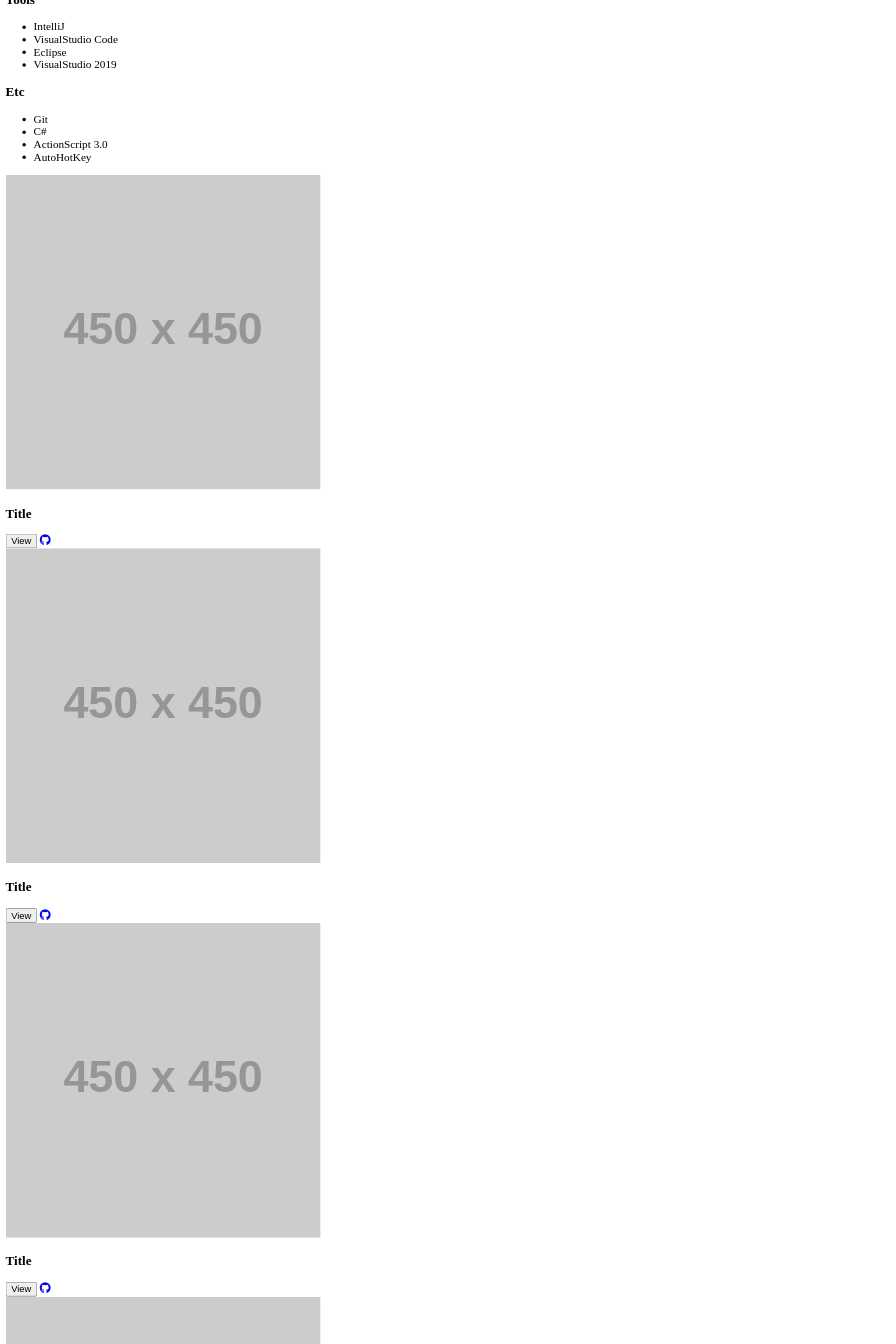
Repository: pjtae0328/Portfolio
Page: index.html
These files come from the project's save history. The page is drawn as it stood at one moment and after the next save; the edit follows.
The browser window is 1280 px wide. The pictures show the part of the page from y = 3085 to 5005 px (the page is 5481 px tall before and 5081 px after), at 70% of full size.
Some web libraries are served in a nearby version.

Above is the page before, as saved 2021-08-27 21:30:15.

### index.html
<!DOCTYPE html>
<html lang="ko">

<head>
    <meta charset="UTF-8">
    <meta http-equiv="X-UA-Compatible" content="IE=edge"> <!-- ie 호환성보기 무시 -->
    <meta name="viewport" content="width=device-width, initial-scale=1.0">
    <title>박정태 포트폴리오</title>

    <!-- 설명 / 작성자 -->
    <meta name="description" content="준비된 개발자 박정태의 포트폴리오 입니다.">
    <meta name="author" content="박정태">

    <!-- 아이콘 -->
    <link rel="icon" type="image/png" href="imgs/favicon.png"/>

    <!-- fontawesome -->
    <script src="https://kit.fontawesome.com/0d232bdc2d.js" crossorigin="anonymous">
    </script>

    <!-- font -->
    <link rel="preconnect" href="https://fonts.googleapis.com">
    <link rel="preconnect" href="https://fonts.gstatic.com" crossorigin>
    <link href="https://fonts.googleapis.com/css2?family=Noto+Sans+KR:wght@400;500;700&display=swap" rel="stylesheet">

    <!-- css / js -->
    <link rel="stylesheet" href="style.css"/>
    <script src="main.js" defer></script>

<body>
<!-- Nav Bar -->
<nav id="navbar">
    <div class="navbar__logo">
        <i class="fas fa-user-circle"></i>
        <a href="#">pjtae0328</a>
    </div>
    <ul class="navbar__menu">
        <li class="navbar__menu__item">About</li>
        <li class="navbar__menu__item">Skills</li>
        <li class="navbar__menu__item">Projects</li>
        <li class="navbar__menu__item">Testimonials</li>
        <li class="navbar__menu__item">Contact</li>
    </ul>
</nav>

<!-- Home -->
<section class="home">
    <img src="/imgs/profile.jpg" alt="profile photo" class="home__avatar">
    <h1 class="home__title">Hello, <br>웹 개발자 박정태입니다.</h1>
    <h2 class="home__discription">취미에서 이제는 직업으로, 프로그래밍을 공부하고 있습니다.</h2>
    <button class="home__contact">Contact Me</button>
</section>

<!-- About -->
<section class="about">
    <h1>About me</h1>
    <p>어필 문장 : Lorem ipsum dolor sit amet consectetur adipisicing elit. Magnam perferendis non officia provident quam
        facere deleniti velit dolorem veniam voluptatibus suscipit amet iste quisquam voluptas voluptatem ipsa nam,
        alias esse?</p>

    <div class="about__majors">
        <div class="major">
            <div class="major__icon">
                <i class="fab fa-html5"></i>
            </div>
            <div class="major_title">Front-end</div>
            <div class="major__description">
                HTML, CSS,
                <br>JavaScript, JQuery
            </div>
        </div>
        <div class="major">
            <div class="major__icon">
                <i class="fas fa-server"></i>
            </div>
            <div class="major_title">Back-end</div>
            <div class="major__description">
                JSP&Servlet, Spring
            </div>
        </div>
        <div class="major">
            <div class="major__icon">
                <i class="fas fa-database"></i>
            </div>
            <div class="major_title">RDBMS</div>
            <div class="major__description">
                Oracle, MySQL
            </div>
        </div>
    </div>

    <div class="about__experience">
        <div class="experience">
            <img src="imgs/experience/kh.png" alt="KH정보 교육원">
            <p class="experience__name">KH 정보교육원 웹콘텐츠 개발자 과정 수료</p>
            <p class="experience__period">2021 May - 2021 Dec</p>
        </div>
        <div class="experience">
            <img src="imgs/experience/hbad.png" alt="한방애드">
            <p class="experience__name">PL Soft 리워드앱 개발 및 서비스(Android-JAVA, JSP&Servlet, MySQL)</p>
            <p class="experience__period">2016 Sep - 2017 Jan</p>
        </div>
    </div>
</section>

<!-- Skills -->
<section class="skills">
    <h1>Skills</h1>
    <h2>Skills & Attributes</h2>
    <p>
        Lorem ipsum dolor, sit amet consectetur adipisicing elit. Iusto ipsam, ullam delectus facilis molestiae ratione,
        odio maxime nulla ipsa eligendi enim minima distinctio. Praesentium in animi soluta iure, error sit!
        나의 강점 써보기 <i class="fas fa-star"></i>를 통해 제가 자신있는 정도를 표시해 보았습니다.
    </p>

    <div class="skillset">

        <div class="skillset__top">
            <div class="skill">
                <i class="fab fa-html5"></i>
                <h3 class="skill__title">HTML5 & CSS3</h3>
                <div class="skill__level">
                    <i class="fas fa-star"></i>
                    <i class="fas fa-star"></i>
                </div>
                <p>HTML과 CSS를 사용해 요구하는 디자인의 웹 스타일링을 할 수 있습니다.</p>
            </div>
            <div class="skill">
                <i class="fab fa-js-square"></i>
                <h3 class="skill__title">Java Script</h3>
                <div class="skill__level">
                    <i class="fas fa-star"></i>
                    <i class="fas fa-star"></i>
                </div>
                <p>JS의 특징과 동작 방식을 이해하고 원하는 동적 웹을 구축 할 수 있습니다.</p>
            </div>
            <div class="skill">
                <i class="fab fa-java"></i>
                <h3 class="skill__title">JAVA</h3>
                <div class="skill__level">
                    <i class="fas fa-star"></i>
                    <i class="fas fa-star"></i>
                    <i class="fas fa-star"></i>
                    <i class="fas fa-star"></i>
                </div>
                <p>JSP&Servlet을 활용해 웹 서버를 구축할 수 있으며 Spring Framework를 이해하고 사용할 수 있습니다.
                    <br>객체지향 패러다임을 이해하고 설계할 수 있으며 Spring Boot를 공부하고 개인 프로젝트를 진행했습니다.
                </p>
            </div>
            <div class="skill">
                <i class="fas fa-database"></i>
                <h3 class="skill__title">Oracle</h3>
                <div class="skill__level">
                    <i class="fas fa-star"></i>
                    <i class="fas fa-star"></i>
                </div>
                <p>관계형 데이터베이스를 이해하고 설계할 수 있으며 적절한 쿼리문을 작성하여 사용할 수 있습니다.</p>
            </div>
        </div>

        <div class="skillset__bottom">
            <div class="tools">
                <h3 class="tools__title">Tools</h3>
                <ul class="tolls__list">
                    <li><span>IntelliJ</span></li>
                    <li><span>VisualStudio Code</span></li>
                    <li><span>Eclipse</span></li>
                    <li><span>VisualStudio 2019</span></li>
                </ul>
            </div>
            <div class="etc">
                <h3 class="etc__title">Etc</h3>
                <ul class="etc__list">
                    <li><span>Git</span></li>
                    <li><span>C#</span></li>
                    <li><span>ActionScript 3.0</span></li>
                    <li><span>AutoHotKey</span></li>
                </ul>
            </div>
        </div>
    </div>
</section>

<!-- Projects -->
<section class="projects">
    <!-- 사이즈 리사이즈 해서 통일하고 아이폰/ 맥 넣어서 마우스 오버시 맥/아이폰 넘어가게 애니메이션 주기  -->
    <!-- 개인 Spring Boot -->
    <div class="project">
        <img class="project__img" src="https://via.placeholder.com/450" alt="projectIMG">
        <h3 class="project__title">Title</h3>
        <button class="project__View">View</button>
        <a href="#" class="project__github" target="blank"><i class="fab fa-github"></i></a>
    </div>
    <!-- 학원 Spring -->
    <div class="project">
        <img class="project__img" src="https://via.placeholder.com/450" alt="projectIMG">
        <h3 class="project__title">Title</h3>
        <button class="project__View">View</button>
        <a href="#" class="project__github" target="blank"><i class="fab fa-github"></i></a>
    </div>
    <!-- 학원 JSP&Servlet -->
    <div class="project">
        <img class="project__img" src="https://via.placeholder.com/450" alt="projectIMG">
        <h3 class="project__title">Title</h3>
        <button class="project__View">View</button>
        <a href="#" class="project__github" target="blank"><i class="fab fa-github"></i></a>
    </div>
    <!-- 포트폴리오 페이지 -->
    <div class="project">
        <img class="project__img" src="https://via.placeholder.com/450" alt="projectIMG">
        <h3 class="project__title">Title</h3>
        <button class="project__View">View</button>
        <a href="#" class="project__github" target="blank"><i class="fab fa-github"></i></a>
    </div>
</section>

<!-- Testimonials -->
<section class="testimonials"></section>

<!-- Contect -->
<section class="contect">
</section>

</body>
</html>

Loaded but not shown: main.js (common file); style.css (no stored copy; drawn as an empty file)

After the next save:
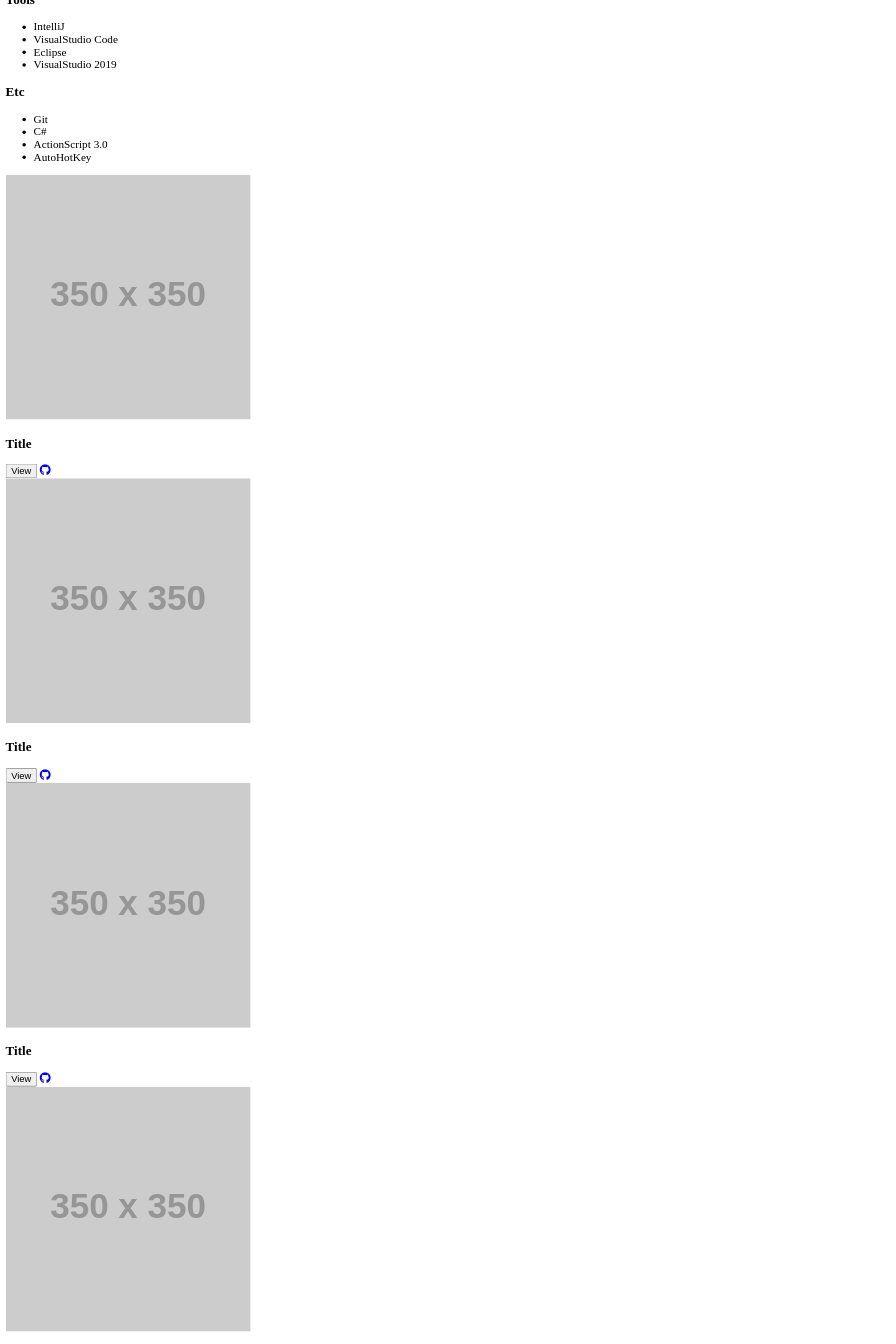
Saved 30 s later.
--- a/index.html
+++ b/index.html
@@ -186,28 +186,28 @@
     <!-- 사이즈 리사이즈 해서 통일하고 아이폰/ 맥 넣어서 마우스 오버시 맥/아이폰 넘어가게 애니메이션 주기  -->
     <!-- 개인 Spring Boot -->
     <div class="project">
-        <img class="project__img" src="https://via.placeholder.com/450" alt="projectIMG">
+        <img class="project__img" src="https://via.placeholder.com/350" alt="projectIMG">
         <h3 class="project__title">Title</h3>
         <button class="project__View">View</button>
         <a href="#" class="project__github" target="blank"><i class="fab fa-github"></i></a>
     </div>
     <!-- 학원 Spring -->
     <div class="project">
-        <img class="project__img" src="https://via.placeholder.com/450" alt="projectIMG">
+        <img class="project__img" src="https://via.placeholder.com/350" alt="projectIMG">
         <h3 class="project__title">Title</h3>
         <button class="project__View">View</button>
         <a href="#" class="project__github" target="blank"><i class="fab fa-github"></i></a>
     </div>
     <!-- 학원 JSP&Servlet -->
     <div class="project">
-        <img class="project__img" src="https://via.placeholder.com/450" alt="projectIMG">
+        <img class="project__img" src="https://via.placeholder.com/350" alt="projectIMG">
         <h3 class="project__title">Title</h3>
         <button class="project__View">View</button>
         <a href="#" class="project__github" target="blank"><i class="fab fa-github"></i></a>
     </div>
     <!-- 포트폴리오 페이지 -->
     <div class="project">
-        <img class="project__img" src="https://via.placeholder.com/450" alt="projectIMG">
+        <img class="project__img" src="https://via.placeholder.com/350" alt="projectIMG">
         <h3 class="project__title">Title</h3>
         <button class="project__View">View</button>
         <a href="#" class="project__github" target="blank"><i class="fab fa-github"></i></a>
